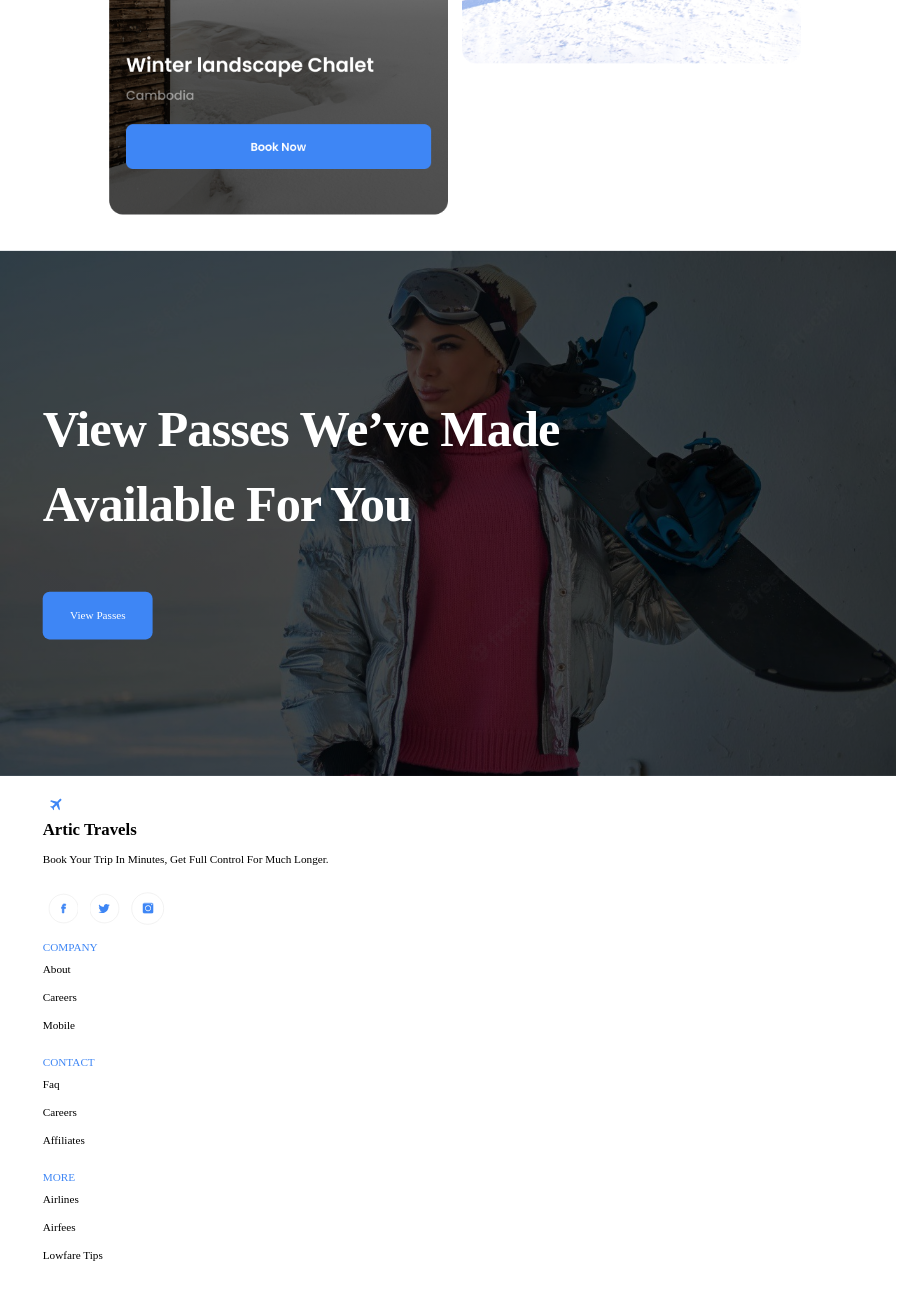
Repository: swissjake/arctic-travel-agency
Page: /
These files come from the project's save history. The page is drawn as it stood at one moment and after a run of saves; the edit follows.
The browser window is 1280 px wide. The page is 1300 px wide, so the pictures cover 1300 px, including what lies to the right of the window. The pictures show the part of the page from y = 4169 to 6049 px (the page is 6022 px tall before and 6049 px after), at 70% of full size.
The project was rebuilt for these pictures with package versions that can differ from the ones it lists, and the page was loaded fresh each time. Also part of the build but not shown: src/App.css.

Above is the page before, as saved 2022-05-04 12:56:22.

After the next 6 saves:
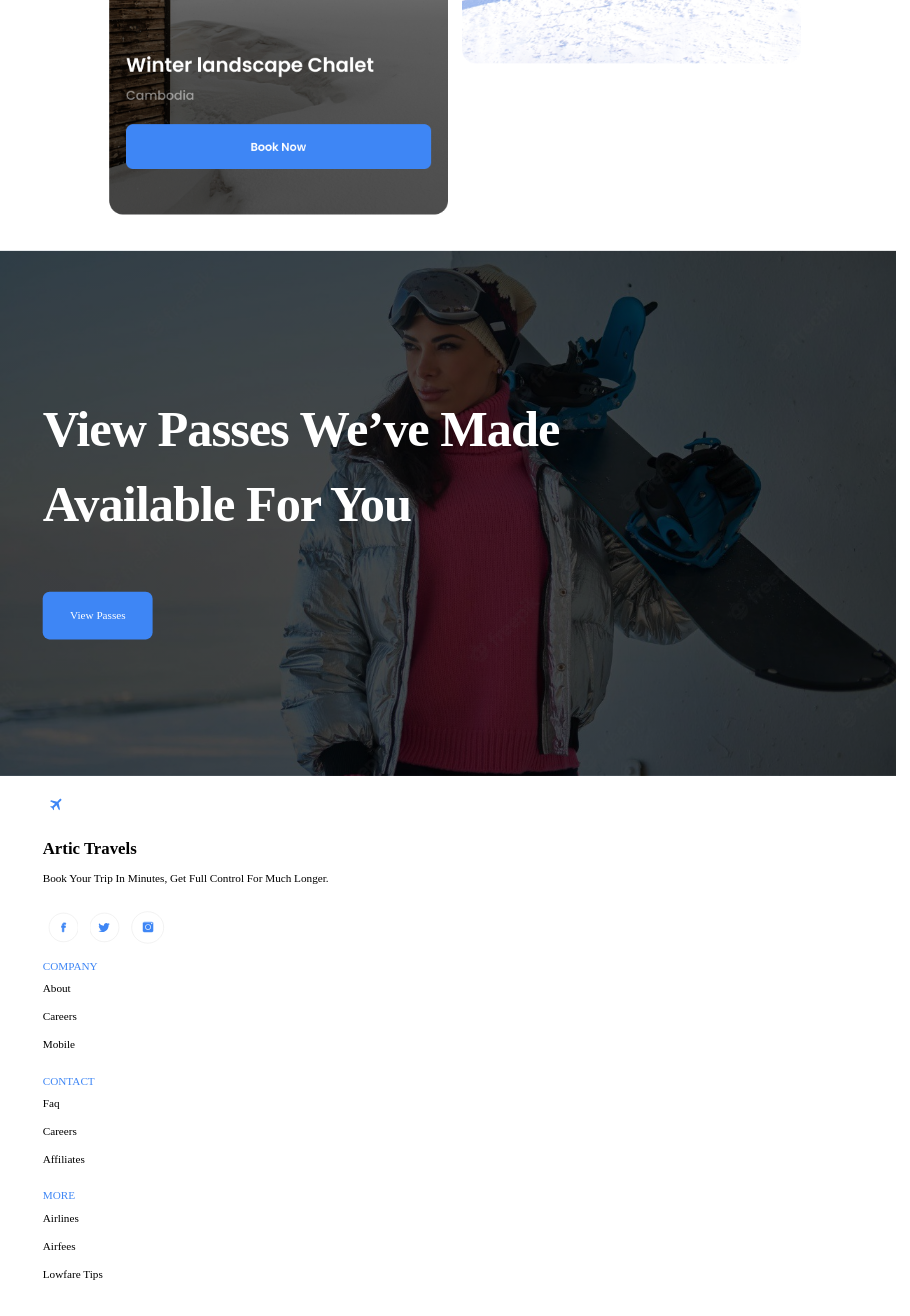
The 6 saves are shown as one change because they came seconds apart.
The last was saved 46 s later.
--- a/src/components/Footer/Footer.tsx
+++ b/src/components/Footer/Footer.tsx
@@ -21,7 +21,7 @@ const Footer = () => {
             <div className="">
 
 <div className="mb-5">
-  <img src={aeroplane} alt="aeroplane" />
+  <img src={aeroplane} className="mb-[27px]" alt="aeroplane" />
   <p className="capitalize text-2xl font-bold">artic travels</p>
   <p className="capitalize mt-[16px] mb-[34px]">Book your trip in minutes, get full
 control for much longer.</p>
